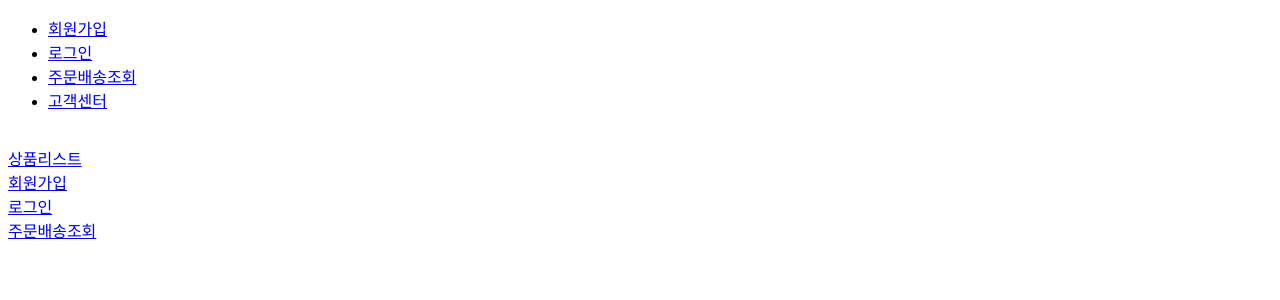
Repository: lhc8607git/SungsimdangPro
Page: http://localhost/ssdPro/
An editor plug-in stored every save of this project. The page is shown before and after the next save, followed by the edit.
The browser window is 1280 px wide. The pictures show the whole page.
The page is served by Tomcat 9. Other server files are loaded and not shown.

Above is the page before, as saved 2022-01-13 09:45:40.

### ssdPro/src/main/webapp/default.jsp
<%@ page language="java" contentType="text/html; charset=UTF-8"
	pageEncoding="UTF-8"%>
<%@taglib prefix="c" uri="http://java.sun.com/jsp/jstl/core"%>
<!DOCTYPE html>
<html>
<head>
<meta charset="UTF-8">
<title>Insert title here</title>
</head>
<body>
	<!-- 현준: 유틸바 -->
	<%@include file="/layout/header.jsp" %>



	${sessionScope.user.memb_code } <br />
	<a href="product/sublist.asp">상품리스트</a>
	<br />
	<a href="member/regist_agree.asp">회원가입</a>
	<br />
	<c:if test="${empty sessionScope }">
		<a href="member/login.asp">로그인</a>
	</c:if>
	<c:if test="${not empty sessionScope }">
		<a href="logout.asp">로그아웃</a>
	</c:if>
	<br />
	<a href="my/order_total.asp">주문배송조회</a>
	<br />
<!-- 	<a href="cscenter.asp">장바구니</a> -->
<!-- 	<br /> -->
</body>
</html>

### ssdPro/src/main/webapp/layout/header.jsp
<%@ page language="java" contentType="text/html; charset=UTF-8" pageEncoding="UTF-8"%>

<div class="utilWrap">
	<div class="utilBox">
		<c:if test="${empty sessionScope.user }">
			<div class="util tmb_logout">
				<ul>
					<li><a href="javascript:;" class="join_pop_cls">회원가입</a></li>
					<li><a href="/member/login.asp">로그인</a></li>
					<li><a href="/my/order_total.asp?mode=deliver">주문배송조회</a></li>
					<li><a href="/cscenter/">고객센터</a></li>
				</ul>
			</div>
		</c:if>

		<c:if test="${not empty sessionScope.user }">
			<div class="util tmb_login tmb_login">
				<ul>
					<li><a href="/my" class="hi">반갑습니다. ${sessionScope.user.name }님</a></li>
					<li><a href="/logout.asp">로그아웃</a></li>
					<li><a href="/my/order_total.asp?mode=deliver">주문배송조회</a></li>
					<li><a href="/cscenter/">고객센터</a></li>
				</ul>
			</div>
		</c:if>
	</div>
</div>

After the next save:
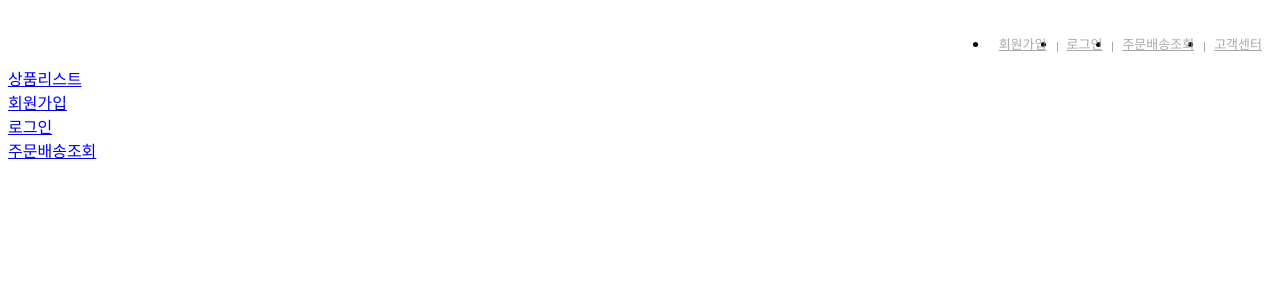
Saved 90 s later.
--- a/ssdPro/src/main/webapp/default.jsp
+++ b/ssdPro/src/main/webapp/default.jsp
@@ -9,6 +9,18 @@
 </head>
 <body>
 	<!-- 현준: 유틸바 -->
+<style type="text/css">
+	.utilWrap {width: 100%;}
+	.utilWrap .utilBox {width: 100%;height: 40px; line-height: 40px; max-width: 1280px; margin:0 auto;}
+	.utilWrap .utilBox .util {float: right;}
+	.utilWrap .utilBox .util ul {display:flex;}
+	.utilWrap .utilBox .util ul li {}
+	.utilWrap .utilBox .util ul li a{padding:0 10px; font-weight: 500; font-size: 13px; color: #a7a9ac; position: relative; transition: 0.2s ease;}
+	.utilWrap .utilBox .util ul li a:hover{color: #87553d;}
+	.utilWrap .utilBox .util ul li a:after {content: ""; display: block; position: absolute; width: 1px; height: 10px; left: 0; top: 5px; background-color: #a7a9ac;}
+	.utilWrap .utilBox .util ul li:nth-child(1) a:after {display:none;}
+</style>
+
 	<%@include file="/layout/header.jsp" %>
 
 
